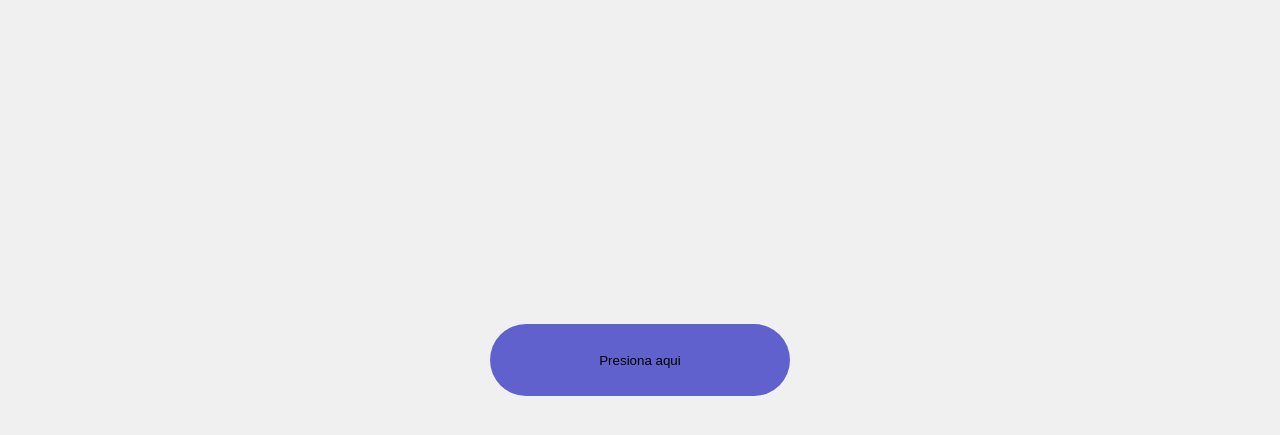
Repository: ye909/secreto
Page: inicio.html
An editor plug-in stored every save of this project. The page is shown before and after the next save, followed by the edit.
The browser window is 1280 px wide. The pictures show the whole page.

Above is the page before, as saved 2025-02-20 21:35:05.

After the next save:
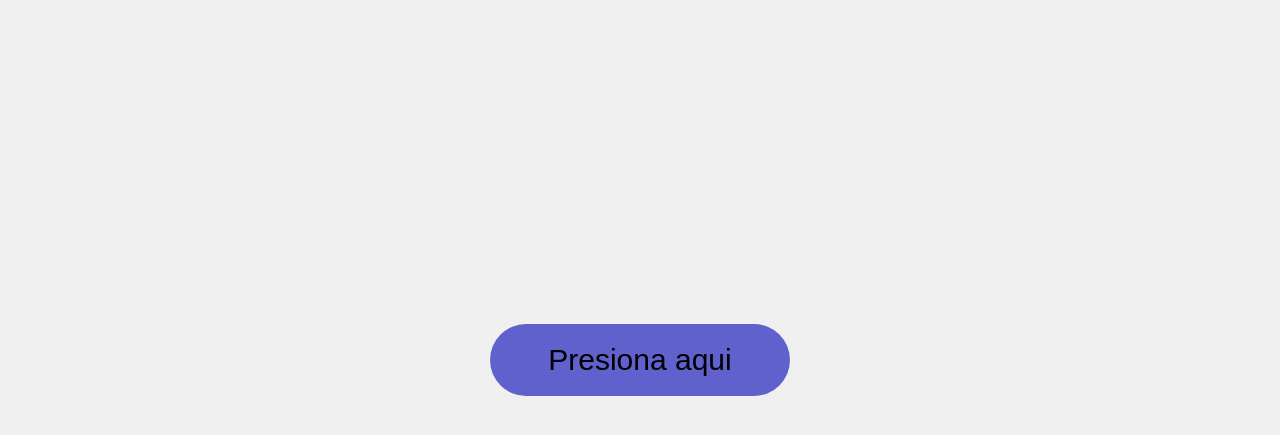
Saved 23 s later.
--- a/inicio.css
+++ b/inicio.css
@@ -32,6 +32,7 @@ body, html {
     height: 10vh;
     background: rgb(97, 97, 205);
     border-radius: 60px;
+    font-size: 30px;
     border:none;
 }
 #btn:hover{
